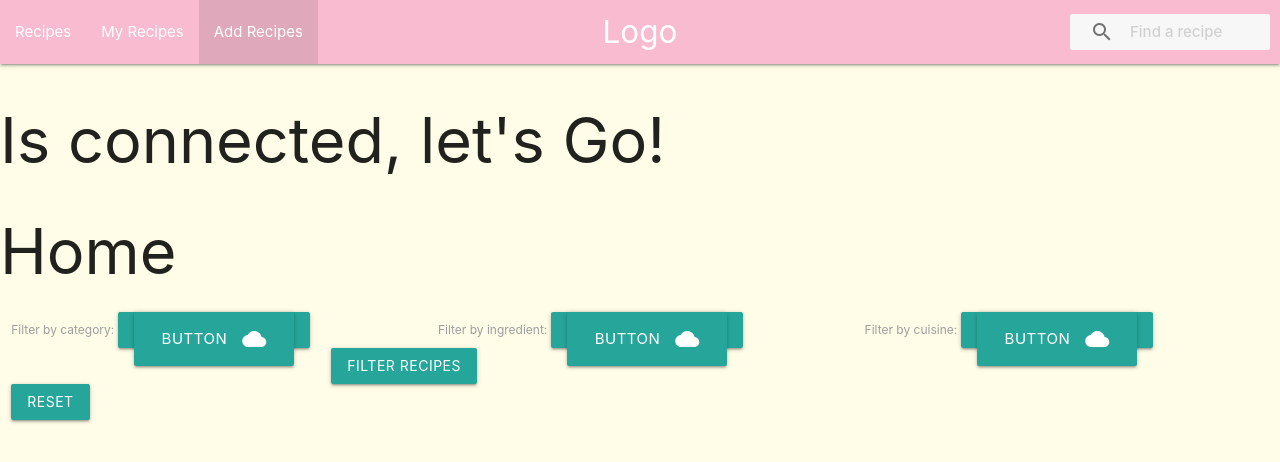
Repository: pazcm/cook-book
Page: templates/home.html
The author's editor kept a record of every edit. The page is drawn from the files as they stood at one moment, then again after the next edit.
The browser window is 1280 px wide. The pictures show the whole page.
Some web libraries are served in a nearby version. The page is served by the project's application, run on Flask 3 (app.py). The template is opened directly, without the code that normally fills it, so the values that code supplies are empty.

Above is the page before.

After the next edit:
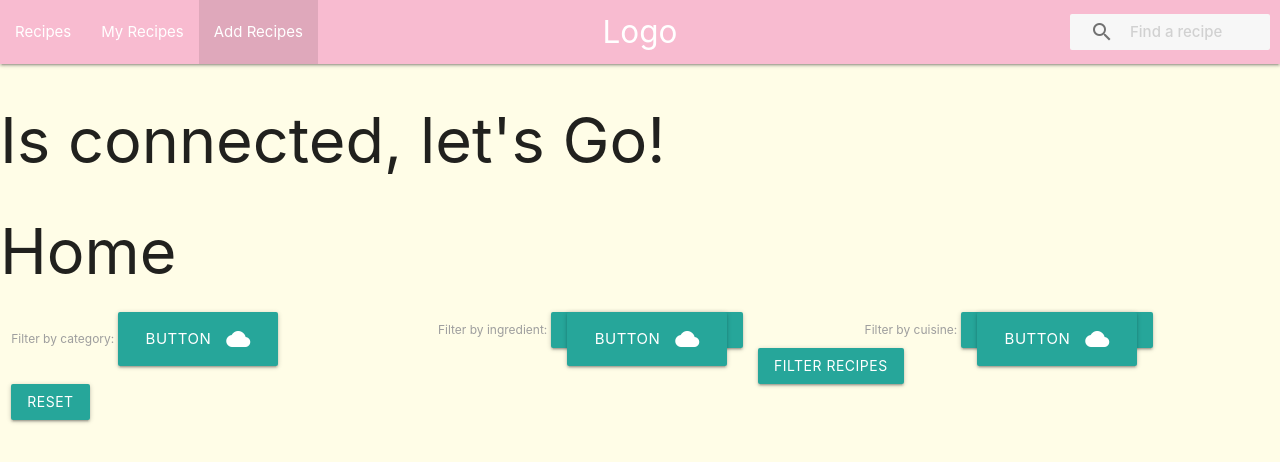
The edit:
--- a/templates/home.html
+++ b/templates/home.html
@@ -6,7 +6,7 @@
     <div class="form-row">
         <div class="col s12 offset-m4 l4 form-filter">
             <label for="category" class="category-filter">Filter by category: </label>
-              <button class="btn btn-category" type="button">
+              <!--<button class="btn-category" type="button">-->
                 <a class="waves-effect waves-light btn-large"><i class="material-icons right">cloud</i>button</a>
               </button>
         </div>
